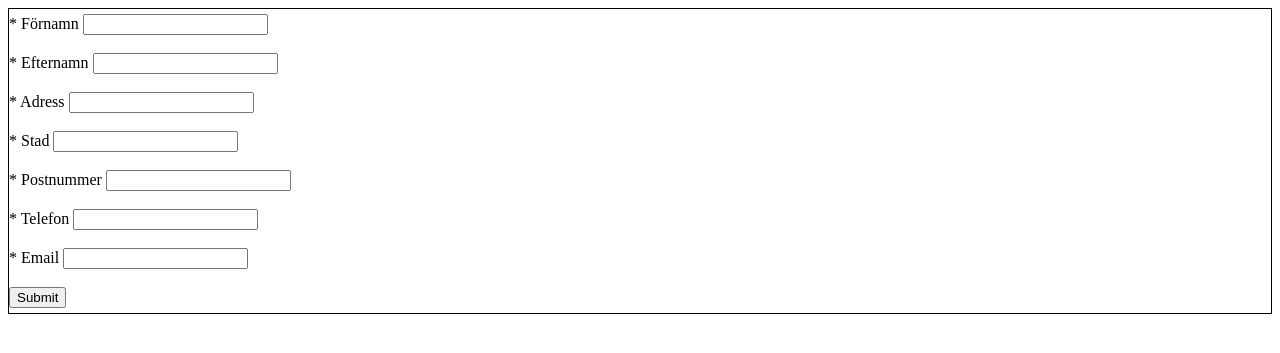
Repository: la222tc/1DV404_HT14_D_4_la222tc
Page: Iteration 1/index.html
The author's editor kept a record of every edit. The page is drawn from the files as they stood at one moment, then again after the next edit.
The browser window is 1280 px wide. The pictures show the whole page.

Above is the page before.

After the next edit:
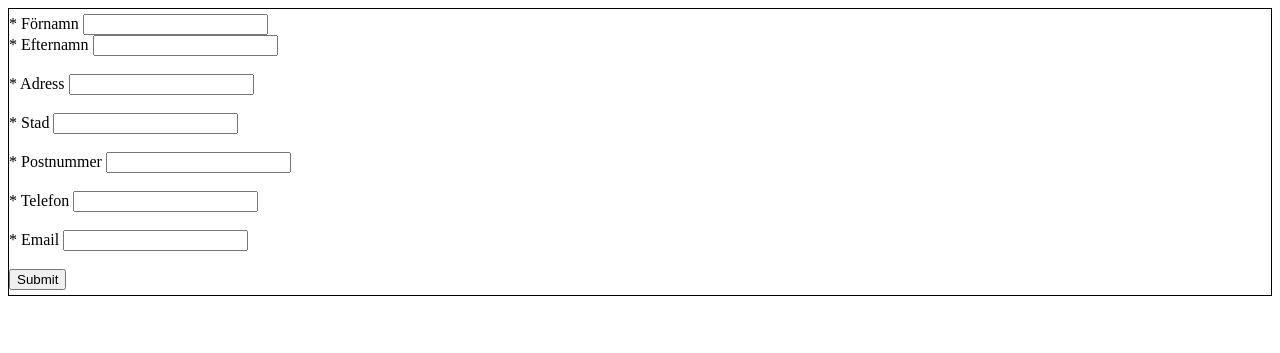
The edit:
--- a/Iteration 1/index.html
+++ b/Iteration 1/index.html
@@ -10,7 +10,7 @@
                 <form id="regForm">
 
                     <label id="labelfName">* Förnamn </label><input type="text" name="fName" id="fName" />
-                    <br><br>
+                    <br>
                     <label id="labellName">* Efternamn <input type="text" name="lName" id="lName"/></label>
                     <br><br>
                     <label id="labeladress">* Adress <input type="text" name="Adress" id="adress" /></label>
